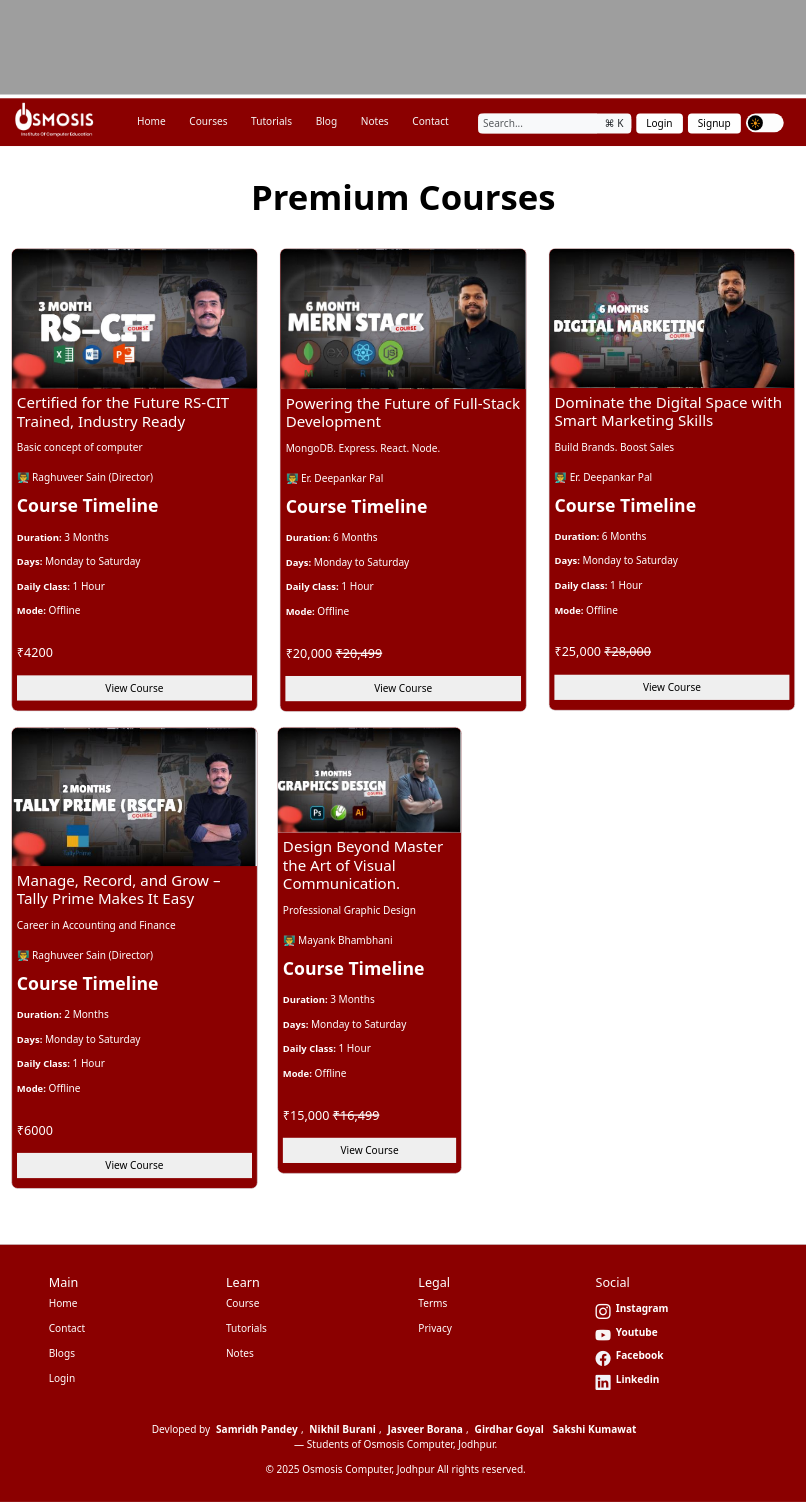
Repository: samriidhpandey/osmosis
Page: /Courses
An editor plug-in stored every save of this project. The page is shown before and after the next save, followed by the edit.
The browser window is 1280 px wide. The pictures show the whole page, at 63% of full size.
Pictures or frames that could not be fetched are drawn as grey boxes. The project was rebuilt for these pictures with package versions that can differ from the ones it lists, and the page was loaded fresh each time. Also part of the build but not shown: vite.config.js, src/Section2.jsx, src/Section3.jsx, src/Section4.jsx, src/InfiniteReviewScroll.jsx, src/Section5.jsx, src/TypingText.jsx, src/AnimatedName.jsx and 103 more. Imported but missing from the stored project, and not drawn on this page: src/Images/final-app-on-mobile.mp4, src/Images/final-app-on-pc.mp4, src/Images/open-terminals.mp4, src/Images/python-location.mp4.

Above is the page before, as saved 2025-07-21 16:30:13.

After the next save:
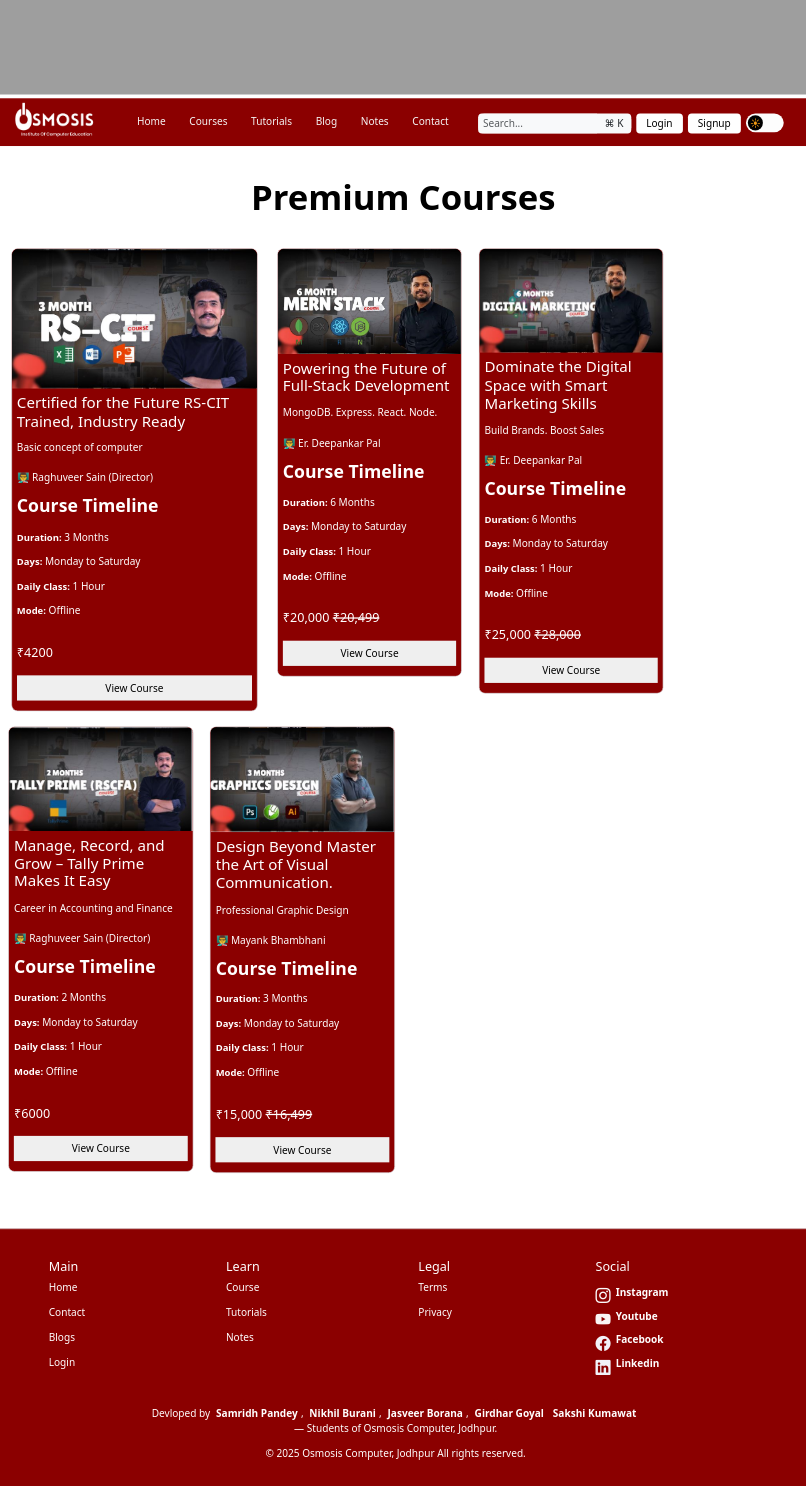
Saved 6 s later.
--- a/src/Component2/Courses.jsx
+++ b/src/Component2/Courses.jsx
@@ -70,7 +70,7 @@
           </div>
 
 
-          <div className="col-12 col-sm-12 col-md-6 col-lg-4 col-xl-4 col-xxl-4">
+          <div className="col-12 col-sm-12 col-md-6 col-lg-4 col-xl-3 col-xxl-3">
             <Link to="/part2" className='part1'>
               <div className="row">
                 <div className="col-11 border mb-4 pb-2 m-auto p-0 cour-card" style={Courses1}>
@@ -98,7 +98,7 @@
 
 
 
-          <div className="col-12 col-sm-12 col-md-6 col-lg-4 col-xl-4 col-xxl-4">
+          <div className="col-12 col-sm-12 col-md-6 col-lg-4 col-xl-3 col-xxl-3">
             <Link to="/part3" className='part1'>
               <div className="row">
                 <div className="col-11 border mb-4 pb-2 m-auto p-0 cour-card" style={Courses1}>
@@ -127,7 +127,7 @@
 
 
 
-          <div className="col-12 col-sm-12 col-md-6 col-lg-4 col-xl-4 col-xxl-4">
+          <div className="col-12 col-sm-12 col-md-6 col-lg-4 col-xl-3 col-xxl-3">
             <Link to="/part4" className='part1'>
               <div className="row">
                 <div className="col-11 border mb-4 pb-2 m-auto p-0 cour-card" style={Courses1}>
@@ -157,7 +157,7 @@
 
 
 
-          <div className="col-12 col-sm-12 col-md-6 col-lg-4 col-xl-3 col-xxl-4">
+          <div className="col-12 col-sm-12 col-md-6 col-lg-4 col-xl-3 col-xxl-3">
             <Link to="/part5" className='part1'>
               <div className="row">
                 <div className="col-11 border mb-4 pb-2 m-auto p-0 cour-card" style={Courses1}>
